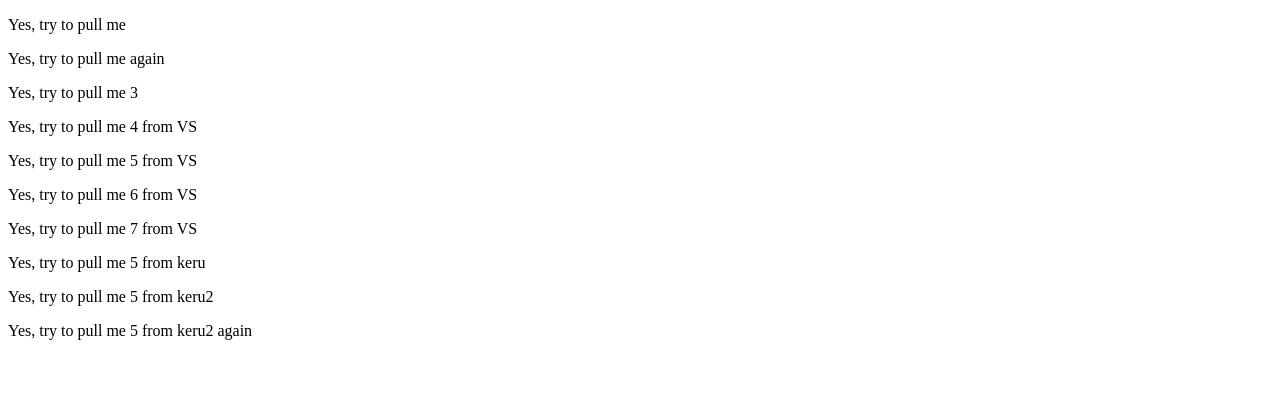
Repository: kerudai/julTest
Page: ignore.html
The author's editor kept a copy of each file at every save. The page is drawn from the files as they stood at one save, then again after the next save.
The browser window is 1280 px wide. The pictures show the whole page.

Above is the page before, as saved 2020-07-27 22:46:52.

After the next save:
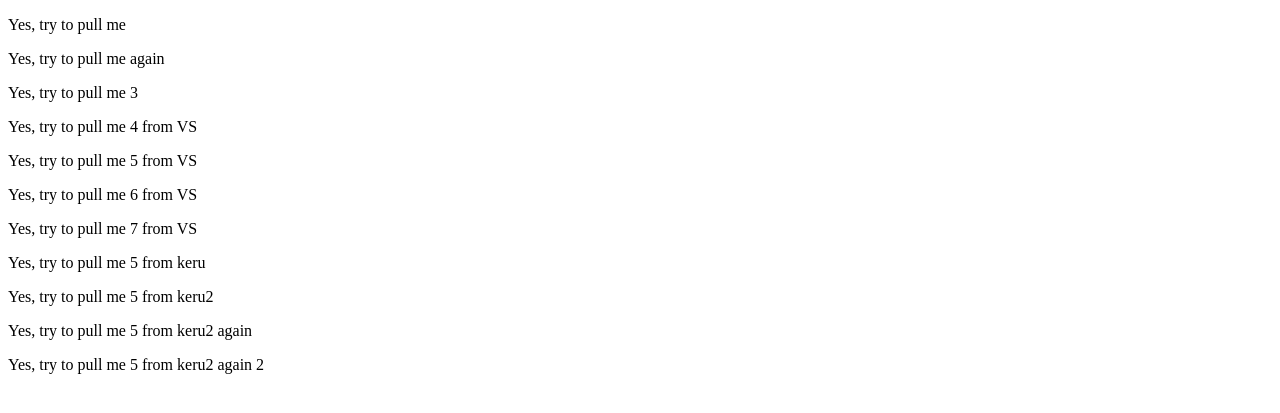
Saved 2 min 31 s later.
--- a/ignore.html
+++ b/ignore.html
@@ -16,5 +16,6 @@
     <p>Yes, try to pull me 5 from keru</p>
     <p>Yes, try to pull me 5 from keru2</p>
     <p>Yes, try to pull me 5 from keru2 again</p>
+    <p>Yes, try to pull me 5 from keru2 again 2</p>
 </body>
 </html>
